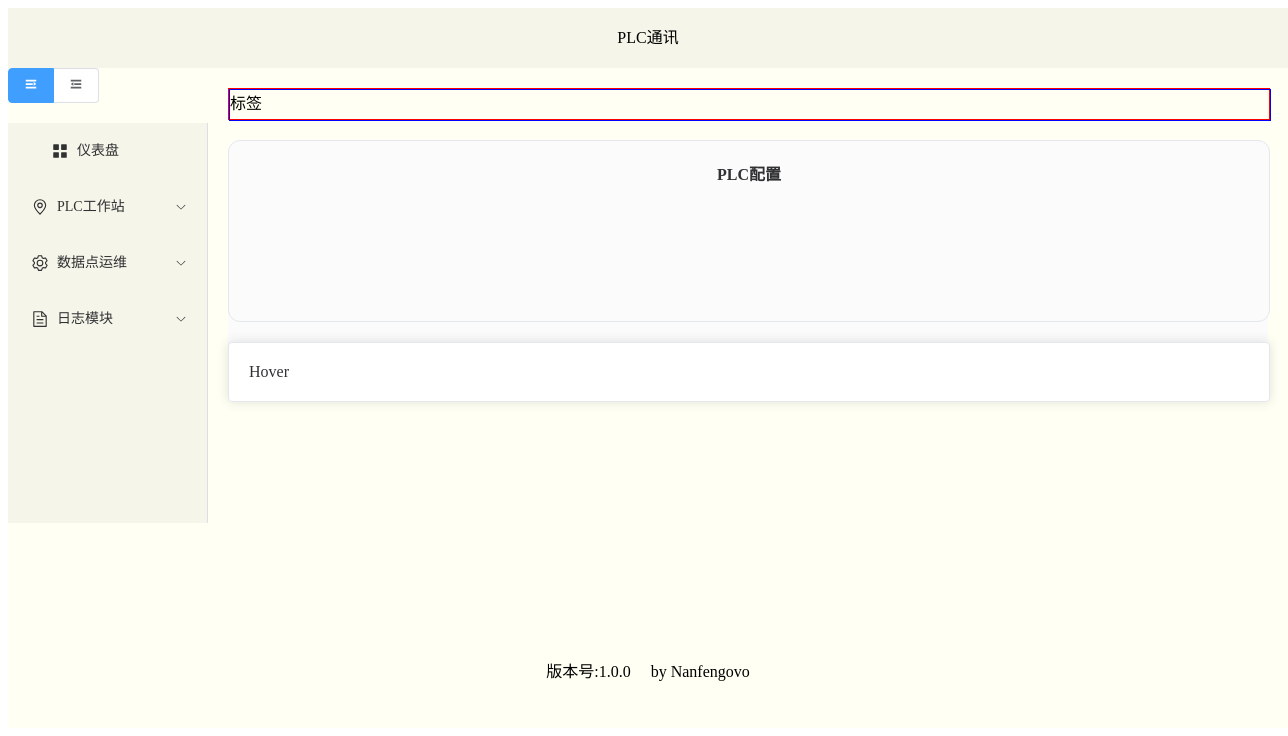
Repository: nanfengovo/HelperWorkStation
Page: /#/frameWork/PLCWorkstation/PLC (app in HelperWorkStation/plchelper-ui/)
These files come from the project's save history. The page is drawn as it stood at one moment and after the next save; the edit follows.
The browser window is 1280 px wide. The page is 1288 px wide, so the pictures cover 1288 px, including what lies to the right of the window. The pictures show the whole page.
The project was rebuilt for these pictures with package versions that can differ from the ones it lists, and the page was loaded fresh each time. Also part of the build but not shown: HelperWorkStation/plchelper-ui/vite.config.ts, HelperWorkStation/plchelper-ui/src/views/Login/index.vue.

Above is the page before, as saved 2024-12-27 15:58:42.

### HelperWorkStation/plchelper-ui/index.html
<!DOCTYPE html>
<html lang="">
  <head>
    <meta charset="UTF-8">
    <link rel="icon" href="/favicon.ico">
    <meta name="viewport" content="width=device-width, initial-scale=1.0">
    <title>Vite App</title>
  </head>
  <body>
    <div id="app"></div>
    <script type="module" src="/src/main.ts"></script>
  </body>
</html>

<style>
  #app{
    /* display: flex;
    justify-content: center;
    align-items: center; */
    height: 100vh;
    width: 100vw;
  }
</style>

### HelperWorkStation/plchelper-ui/src/main.ts
// import './assets/main.css'

import { createApp } from 'vue'
import ElementPlus from 'element-plus'
import 'element-plus/dist/index.css'
import { createPinia } from 'pinia'

import App from './App.vue'
import * as ElementPlusIconsVue from '@element-plus/icons-vue'
import router from './router'

const app = createApp(App)
app.use(router)
for (const [key, component] of Object.entries(ElementPlusIconsVue)) {
    app.component(key, component)
    }
app.use(ElementPlus)
app.use(createPinia())


app.mount('#app')

### HelperWorkStation/plchelper-ui/src/App.vue
<script setup lang="ts">
import {  RouterView } from 'vue-router'
import FrameWork from './views/FrameWork/index.vue'
import Login from './views/Login/index.vue'
</script>

<template>
  <div class="app">
    <RouterView />
  </div>

  <!-- <RouterView /> -->
</template>

<style scoped>
	html,body,#app{
      height: 100%;
      width: 100%;
	}
  .app{
    height: 100%;
    width: 100%;
  }
</style>

### HelperWorkStation/plchelper-ui/src/router/index.ts
import { createMemoryHistory, createRouter, createWebHashHistory, type RouteRecordRaw } from 'vue-router'
import frameWork from '../views/FrameWork/index.vue';
import Login from '../views/Login/index.vue';
import panel from '../views/FrameWork/layout/panel/index.vue';

// const routes: RouteRecordRaw[] = [];
const routes: Array<RouteRecordRaw> = [
    {
        path: '/',
        redirect: '/login'
    },
    {
        path: '/login',
        name: 'login',
        component: Login
    },
    {
        path: '/frameWork',
        name: '主页',
        component: frameWork,
        children: [
            {
                path: '/framework/panel',
                name: '仪表板',
                component: () => import('../views/FrameWork/layout/panel/index.vue'),
            },
            {
                path: '/frameWork/PLCWorkstation/Modbus',
                name: 'PLC工作站-Modbus',
                component: () => import('../views/FrameWork/layout/PLCWorkstation/Modbus/index.vue'),
            },
            {
                path: '/frameWork/PLCWorkstation/PLC',
                name: 'PLC工作站-PLC配置',
                component: () => import('../views/FrameWork/layout/PLCWorkstation/PLC/index.vue'),
            },
            {
                path: '/frameWork/PLCWorkstation/S7',
                name: 'PLC工作站-S7',
                component: () => import('../views/FrameWork/layout/PLCWorkstation/S7/index.vue'),
            },
            {
                path: '/frameWork/PLCWorkstation/OPC',
                name: 'PLC工作站-OPC',
                component: () => import('../views/FrameWork/layout/PLCWorkstation/OPC/index.vue'),
            },
            {
                path: '/frameWork/PLCWorkstation/FinsTCP',
                name: 'PLC工作站-FinsTCP',
                component: () => import('../views/FrameWork/layout/PLCWorkstation/FinsTCP/index.vue'),
            },
            {
                path: '/frameWork/DataPointOperations/Modbus',
                name: '数据点运维-Modbus',
                component: () => import('../views/FrameWork/layout/DataPointOperations/Modbus/index.vue'),
            },
            {
                path: '/frameWork/DataPointOperations/S7',
                name: '数据点运维-S7',
                component: () => import('../views/FrameWork/layout/DataPointOperations/S7/index.vue'),
            },
            {
                path: '/frameWork/DataPointOperations/Opc',
                name: '数据点运维-Opc',
                component: () => import('../views/FrameWork/layout/DataPointOperations/OPC/index.vue'),
            },
            {
                path: '/frameWork/DataPointOperations/FinsTCP',
                name: '数据点运维-FinsTCP',
                component: () => import('../views/FrameWork/layout/DataPointOperations/FinsTCP/index.vue'),
            },
            {
                path: '/frameWork/Log/Operation',
                name: '用户操作日志',
                component: () => import('../views/FrameWork/layout/Log/Operation/index.vue'),
            },
            {
                path: '/frameWork/Log/ReadWrite',
                name: '数据点读写日志',
                component: () => import('../views/FrameWork/layout/Log/ReadWrite/index.vue'),
            },

        ],


    },
];

const router = createRouter({
    history: createWebHashHistory(),
    routes,
});

export default router;

### HelperWorkStation/plchelper-ui/src/views/FrameWork/index.vue
<template>
    <div class="common-layout">
        <el-container>
            <div class="layout-header">
                <el-header>
                    PLC通讯
                </el-header>
            </div>
            <el-container>
                <el-aside width="200px" height="100vh" >
                    <el-radio-group v-model="isCollapse" style="margin-bottom: 20px">
                        <el-radio-button :value="false"><el-icon><Expand /></el-icon></el-radio-button>
                        <el-radio-button :value="true"><el-icon><Fold /></el-icon></el-radio-button>
                    </el-radio-group>
                    <el-menu
                        background-color="#f5f5e9"
                        default-active="1"
                        class="el-menu-vertical-demo"
                        :collapse="isCollapse"
                        @open="handleOpen"
                        @close="handleClose"
                        router
                    >
                        <el-menu-item index="/frameWork/panel">
                            <el-menu-item >
                                <el-icon><icon-menu /></el-icon>
                                <template #title>仪表盘</template>
                            </el-menu-item>
                        </el-menu-item>
                        <el-sub-menu index="2">
                        <template #title>
                            <el-icon><location /></el-icon>
                            <span>PLC工作站</span>
                        </template>
                        <el-menu-item-group >
                            <el-menu-item index="/frameWork/PLCWorkstation/PLC">PLC配置</el-menu-item>
                            <el-menu-item index="/frameWork/PLCWorkstation/Modbus">Modbus模块</el-menu-item>
                            <el-menu-item index="/frameWork/PLCWorkstation/S7">S7模块</el-menu-item>
                            <el-menu-item index="/frameWork/PLCWorkstation/OPC">OPC模块</el-menu-item>
                            <el-menu-item index="/frameWork/PLCWorkstation/FinsTCP">FinsTCP模块</el-menu-item>
                        </el-menu-item-group>
                        </el-sub-menu>
                        <el-sub-menu index="3">
                        <template #title>
                            <el-icon><Setting /></el-icon>
                            <span>数据点运维</span>
                        </template>
                        <el-menu-item-group >
                            <el-menu-item index="/frameWork/DataPointOperations/Modbus">Modbus数据点配置</el-menu-item>
                            <el-menu-item index="/frameWork/DataPointOperations/S7">S7数据点配置</el-menu-item>
                            <el-menu-item index="/frameWork/DataPointOperations/Opc">OPC数据点配置</el-menu-item>
                            <el-menu-item index="/frameWork/DataPointOperations/FinsTCP">FinsTCP数据点模块</el-menu-item>
                        </el-menu-item-group>
                        </el-sub-menu>
                        <el-sub-menu index="4">
                        <template #title>
                            <el-icon><Document /></el-icon>
                            <span>日志模块</span>
                        </template>
                        <el-menu-item-group >
                            <el-menu-item index="/frameWork/Log/Operation">操作日志</el-menu-item>
                            <el-menu-item index="/frameWork/Log/ReadWrite">读写日志</el-menu-item>
                        </el-menu-item-group>
                        </el-sub-menu>
                    </el-menu>
                </el-aside>
                    <el-container>
                        <el-main>
                            <div class="main-header">
                            <!-- <div class="main-header-breadcrumb"> -->
                                <!-- 面包屑 -->
                                <!-- <el-breadcrumb :separator-icon="ArrowRight"
                                                style="cursor: pointer; margin: 10px 0; display:inline-block;margin-left: 10px; ">
                                                <el-breadcrumb-item  >面包屑导航</el-breadcrumb-item>
                                </el-breadcrumb> -->
                            <!-- </div> -->
                            <div class="main-header-tab">
                                <el-tab>
                                    标签
                                </el-tab>
                            </div>
                        </div>
                            <RouterView/>
                        </el-main>
                    </el-container>
            </el-container>
                <el-footer class="fixed-footer" >
                    <span>版本号:{{SoftVersion}}</span>&nbsp;&nbsp;&nbsp;&nbsp;
                    <span>by {{ SoftAuthor }}</span>
                </el-footer>
        </el-container>
    </div>
</template>

<script lang="ts" setup>
import { ref } from 'vue'
import { useRouter } from 'vue-router';
import routes from '../../router/index';
import {
    Document,
    Menu as IconMenu,
    Location,
    Setting,
    ArrowRight,
} from '@element-plus/icons-vue'




const SoftVersion = ref('1.0.0')
const SoftAuthor = ref('Nanfengovo')


import { useRoute } from 'vue-router'
const route = useRoute()
const pathList = ref()

console.log('route', route)// 获取当前路由


const isCollapse = ref(false)

</script>

<style>
.el-menu-vertical-demo:not(.el-menu--collapse) {
    width: 200px;
    min-height: 400px;
}
.layout-header {
    background-color: #f5f5e9;
    color: black;
    text-align: center;
    line-height: 60px;
}
.common-layout{
    display: flex;
    flex-direction: column;
    min-height: 100vh;
    background-color: #fffff3;
}
.fixed-footer {
    background-color: #fffff3; /* 根据需要设置背景颜色 */
    padding: 10px; /* 根据需要设置内边距 */
    text-align: center; /* 根据需要设置文本对齐方式 */
    margin-bottom: 20px;
}
.main-header{
    border: red 1px solid;
    width: 100%;
    height: 30px;
}

.main-header-tab
{
    border: blue 1px solid;
    width: 100%;
    height: 30px;
}

</style>

### HelperWorkStation/plchelper-ui/src/views/FrameWork/layout/PLCWorkstation/PLC/index.vue
<template>
    <div class="S7Card">
        <el-card class="card-top" shadow="hover">
                    <div class="card-top-top">
                        <h4>PLC配置</h4>
                    </div>
        </el-card>
        <el-card style="width: 100%" shadow="always">Hover</el-card>
    </div>
</template>
<script setup lang = "ts">
</script>

<style scoped>
.S7Card {
    width: 100%;
    background-color: #fbfbfb;
    border-radius: 12px;
}
.card-top {
    width: 100%;
    height: 180px;
    margin-top: 20px;
    margin-bottom: 20px;
    background-color: #fbfbfb;
    border-radius: 12px;
}
.card-top-demo {
    display: flex;
    width: 100%;
}
.card-top-top {
    justify-content: center;
    display: flex;
}
h4 {
    align-items: center;
    justify-content: center;
    margin: 0 auto; /* 水平居中 */
}

</style>

After the next save:
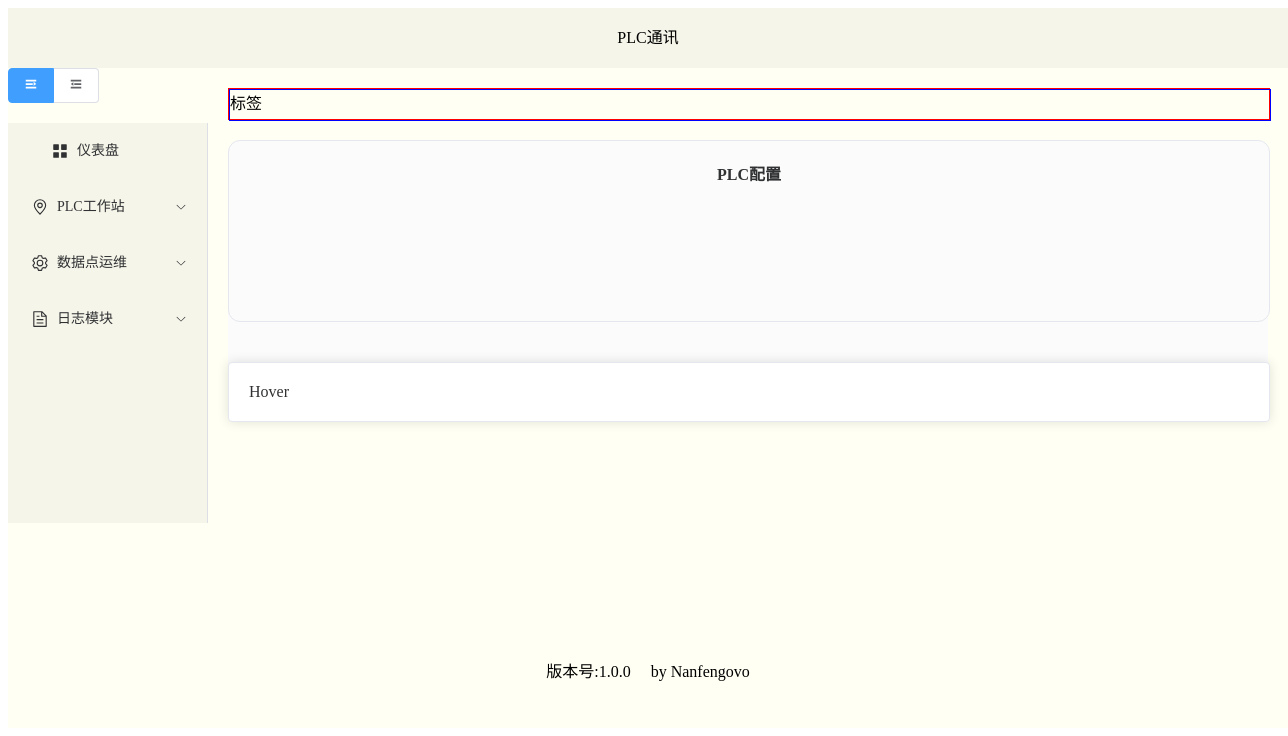
Saved 12 s later.
--- a/HelperWorkStation/plchelper-ui/src/views/FrameWork/layout/PLCWorkstation/PLC/index.vue
+++ b/HelperWorkStation/plchelper-ui/src/views/FrameWork/layout/PLCWorkstation/PLC/index.vue
@@ -21,7 +21,7 @@
     width: 100%;
     height: 180px;
     margin-top: 20px;
-    margin-bottom: 20px;
+    margin-bottom: 40px;
     background-color: #fbfbfb;
     border-radius: 12px;
 }
